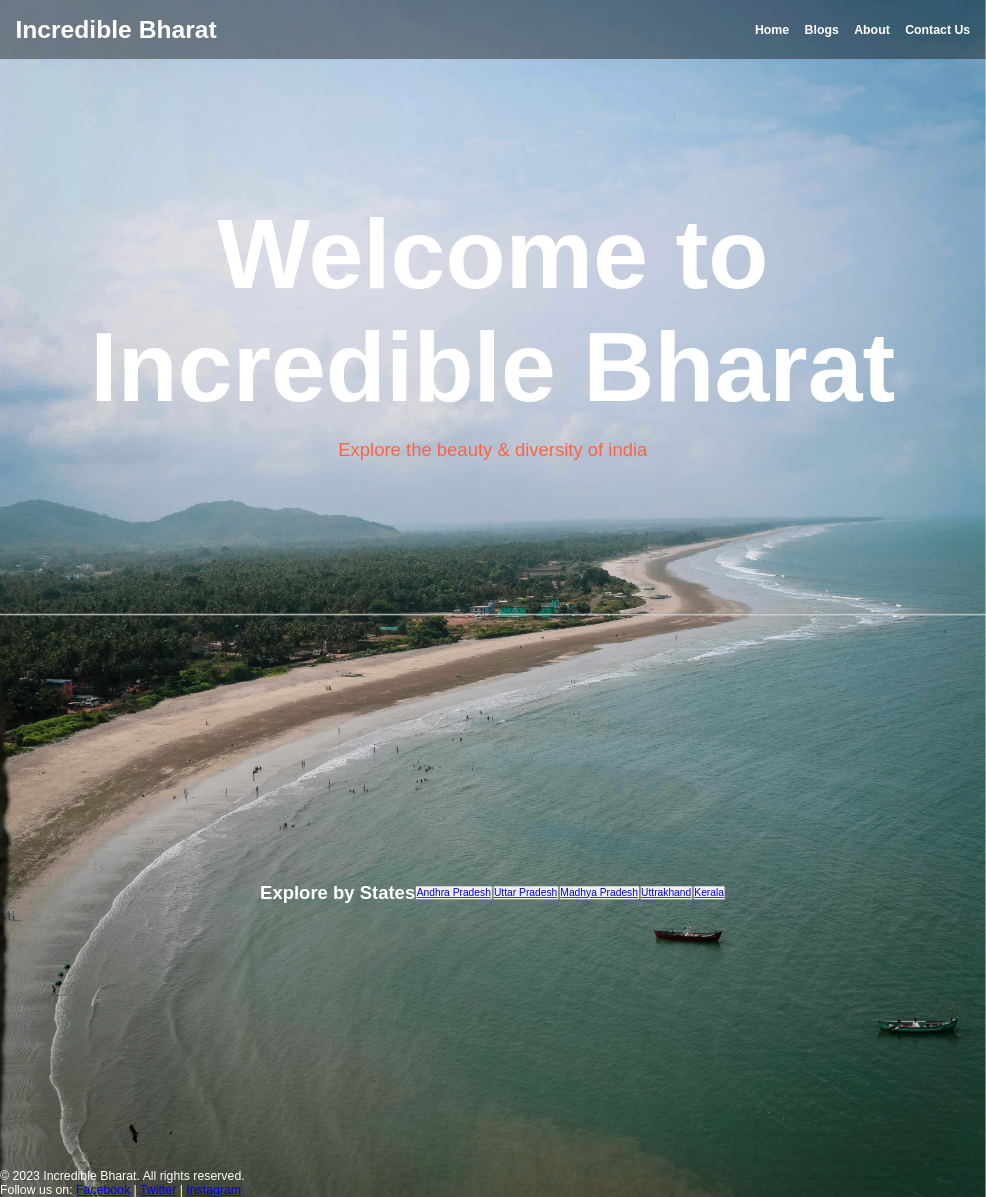
Repository: jaidhiman111/incrediblebharat
Page: index.html
An editor plug-in stored every save of this project. The page is shown before and after the next save, followed by the edit.
The browser window is 1280 px wide. The pictures show the whole page, at 77% of full size.
The pointer rests on the first visible `.hero-section a`.

Above is the page before, as saved 2025-04-30 22:07:15.

### index.html
<!DOCTYPE html>
<html lang="en">
<head>
    <meta charset="UTF-8">
    <link rel="stylesheet" href="/assets/style.css">
    <meta name="viewport" content="width=device-width, initial-scale=1.0">
    <title>Document</title>
</head>
<body>
    <!-- This is the header of the page. -->
    <header class="header">
        <div class="logo">
            <h1>Incredible Bharat</h1>
        </div>
        <div class="nav">
            <nav>
                <ul>
                    <li>
                        <a href="#">Home</a>
                        <a href="#">Blogs</a>
                        <a href="#">About</a>
                        <a href="#">Contact Us</a>
                    </li>
                </ul>
            </nav>
        </div>
    </header>
    <!-- This is the main content of the page. -->
     <main class="main-container">
        <section class="hero-section">
            <h2>Welcome to Incredible Bharat</h2>
            <a href="#">Explore the beauty & diversity of india</a>
        </section>
        <hr>
        <section class="state-section">
            <h2>Explore by States</h2>
            <button type="button"><a href="#">Andhra Pradesh</a></button>
            <button type="button"><a href="#">Uttar Pradesh</a></button>
            <button type="button"><a href="#">Madhya Pradesh</a></button>
            <button type="button"><a href="#">Uttrakhand</a></button>
            <button type="button"><a href="#">Kerala</a></button>
        </section>
     </main>
     <!-- This is the footer of the page. -->
      <footer class="footer">
        <div>
            <p>&copy; 2023 Incredible Bharat. All rights reserved.</p>
            <p>Follow us on:
                <a href="#">Facebook</a> |
                <a href="#">Twitter</a> |
                <a href="#">Instagram</a>
        </div>
      </footer>
</body>
</html>

### assets/style.css
* {
    box-sizing: border-box;
    margin: 0;
    padding: 0;
}

body {
    font-family: Arial, sans-serif;
    background-image: url('/media/bg-cover.jpg');
    background-size: cover;
    background-repeat: no-repeat;
    background-position: center;
    color: #fff;
}

/* This is for header */
.header {
    background-color: rgba(0, 0, 0, 0.4);
    display: flex;
    justify-content: space-between;
    align-items: center;
    padding: 20px;
    position: sticky;
    top: 0;
    text-align: center;
}

li {
    list-style: none;
    display: flex;
    gap: 20px;
}

li a {
    text-decoration: none;
    color: #fff;
    font-weight: bold;
}

a:hover {
    color: #ff6347;
}

/* This is for section */
.hero-section {
    display: flex;
    flex-direction: column;    /* stack items vertically */
    justify-content: center;   /* center vertically */
    align-items: center;       /* center horizontally */
    height: 100vh;
    text-align: center;
}

.hero-section h2 {
    font-size: 8rem;
    margin-bottom: 20px;
}

.hero-section a {
    text-decoration: none;
    color: #fff;
    font-size: 1.5rem;
    margin-bottom: 20px;
}

.hero-section a:hover {
    color: #ff6347;
}

.state-section {
    display: flex;
    justify-content: center;
    align-items: center;
    height: 100vh;
    text-align: center;
}

After the next save:
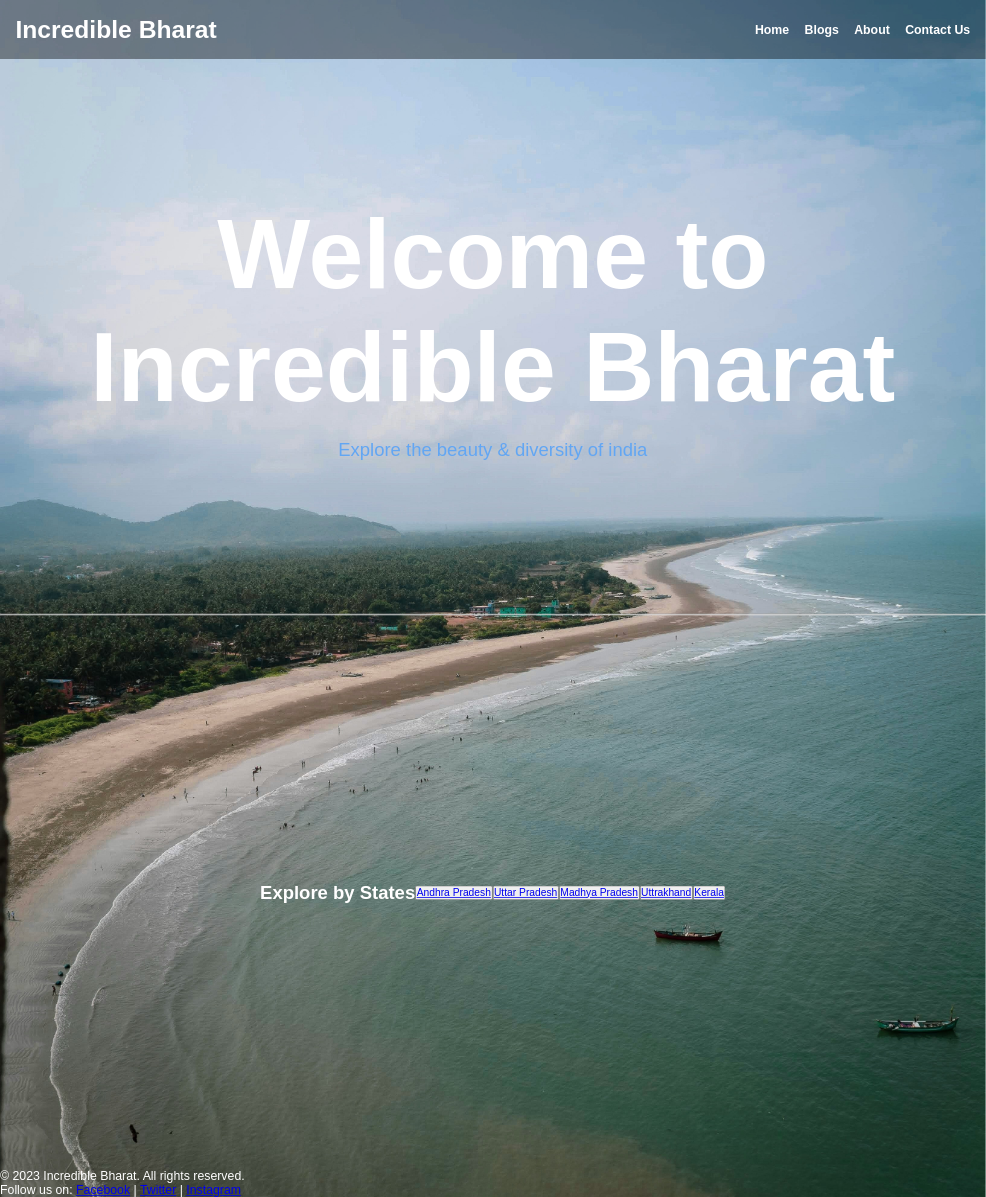
Saved 66 s later.
--- a/assets/style.css
+++ b/assets/style.css
@@ -64,7 +64,7 @@ a:hover {
 }
 
 .hero-section a:hover {
-    color: #ff6347;
+    color: #62a6f3;
 }
 
 .state-section {
